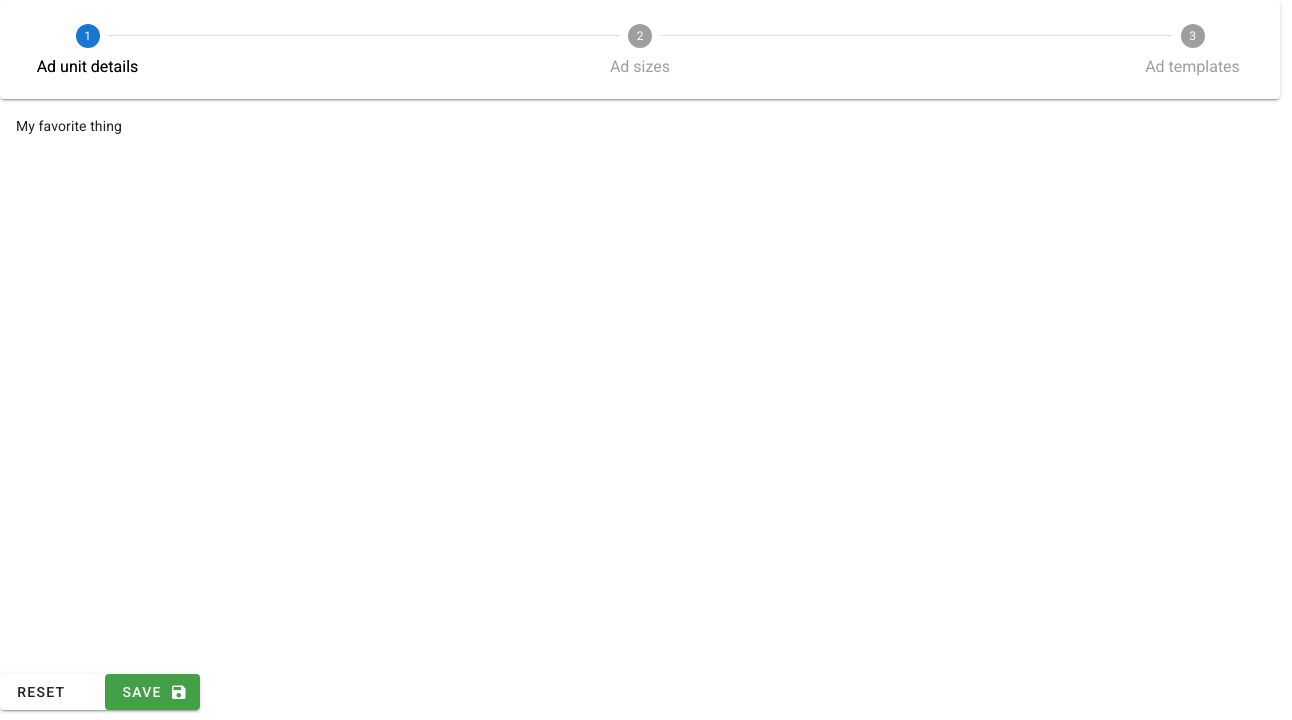
Repository: SidneyHodieb/myc
Page: /addsource
An editor plug-in stored every save of this project. The page is shown before and after the next save, followed by the edit.
The browser window is 1280 px wide. The page is 1280 px wide, then 1292 px, so the pictures cover 1292 px, including what lies to the right of the window. The pictures show the whole page.
The project was rebuilt for these pictures with package versions that can differ from the ones it lists, and the page was loaded fresh each time. Also part of the build but not shown: vue.config.js, src/views/Home.vue, src/views/addSource/components/format.vue, src/views/addSource/components/card.vue, src/views/addSource/components/trigger.vue.

Above is the page before, as saved 2021-04-03 19:17:00.

After the next save:
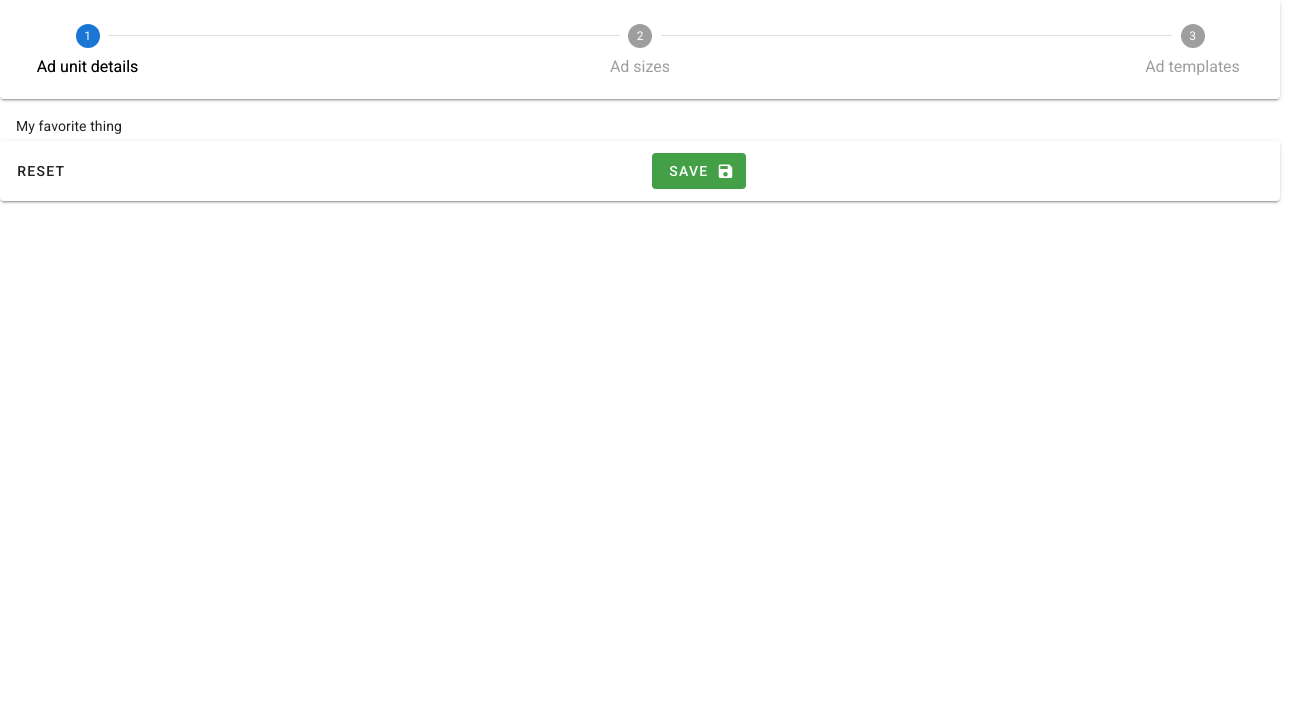
Saved 17 s later.
--- a/src/views/addSource/column.vue
+++ b/src/views/addSource/column.vue
@@ -51,7 +51,7 @@
         </v-col>
       </v-row> -->
 
-<v-card style="position:fixed; bottom:0;margin-bottom:10px">
+<v-card style="margin-bottom:10px">
 
     <v-row>
        <v-col >
